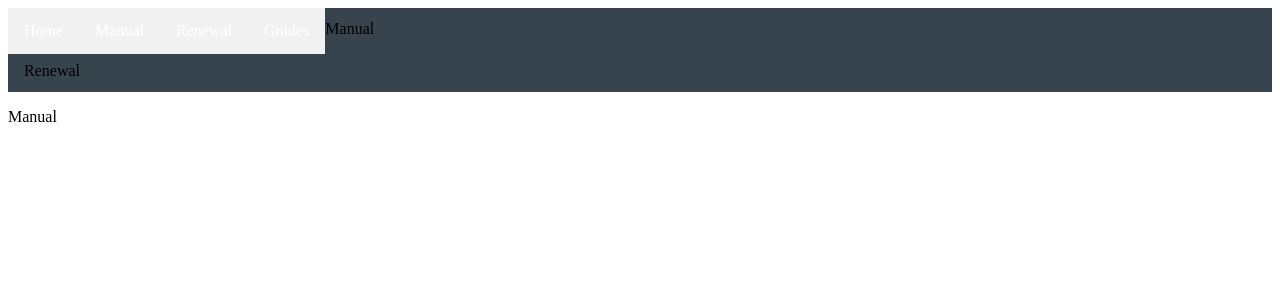
Repository: muesinga/ticketoffice-dot-info
Page: guides/manual.html
An editor plug-in stored every save of this project. The page is shown before and after a run of saves, followed by the edit.
The browser window is 1280 px wide. The pictures show the whole page.

Above is the page before, as saved 2022-06-07 14:32:37.
Console error: TypeError: Cannot read properties of null (reading 'getElementsByClassName')

### guides/manual.html
<!DOCTYPE html>
<html>
<head>
    <link rel="stylesheet" href="/style/style.css">
    <link rel="import" href="/components/nav.html">
    <script src="/src/nav.js" deferd></script>
    <script src="/src/index.js" defer></script>
</head>
<body>
    <script id="replace_with_navbar" src="index.js"></script>
<p>
    Manual
</p>

</body>
</html>

### style/style.css
  #navlink-container {
    list-style-type: none;
    margin: 0;
    padding: 0;
    overflow: hidden;
    background-color: #38444d;
  }
  .navlink {
    border: none;
    outline: none;
    padding: 14px 16px;
    background-color: #f1f1f1;
    cursor: pointer;
    text-decoration: none;
    display: block;
    color: white;
    float: left;
  }

  .active, .navlink:hover, .dropdown:hover {
    background-color: #666;
    color: white;
  }

  .dropbtn {
    display: inline-block;
    color: white;
    text-align: center;
    padding: 14px 16px;
    text-decoration: none;
  }
/*
  /* li.dropdown {
    display: inline-block;
  } */ */

  .dropdown-content {
    display: none;
    position: absolute;
    background-color: #f9f9f9;
    min-width: 160px;
    box-shadow: 0px 8px 16px 0px rgba(0,0,0,0.2);
    z-index: 1;
  }

  .dropdown-content a {
    color: black;
    padding: 12px 16px;
    text-decoration: none;
    display: block;
    text-align: left;
  }

  .dropdown-content a:hover {background-color: #f1f1f1;}

  .dropdown:hover .dropdown-content {
    display: block;
  }

### src/nav.js
fetch('/components/nav.html')
.then(res => res.text())
.then(text => {
    let oldelem = document.querySelector("script#replace_with_navbar");
    let newelem = document.createElement("div");
    newelem.innerHTML = text;
    oldelem.parentNode.replaceChild(newelem,oldelem);
})

### src/index.js
var navlinkContainer = document.getElementById("navlink-container")
var navlinks = navlinkContainer.getElementsByClassName("navlink")


for (var i = 0; i < navlinks.length; i++) {
    navlinks[i].addEventListener("click", function() {
        var current = document.getElementsByClassName("active");
        current[0].className = current[0].className,replace("active", "");
        this.className += "active";
    });
}

### components/nav.html
<nav>
    <ul id="navlink-container">
        <li><a class="navlink" href="../index.html">Home</a></li>
        <li><a class="navlink" href="../guides/manual.html">Manual</a></li>
        <li><a class="navlink" href="../guides/renewal.html">Renewal</a></li>
        <li class="dropdown">
        <a href="javascript:void(0)" class="navlink">Guides</a>
        <div class="dropdown-content">
            <a href="../guides/manual.html">Manual</a>
            <a href="../guides/renewal.html">Renewal</a>
        </div>
        </li>
    </ul>
</nav>

After the next 3 saves:
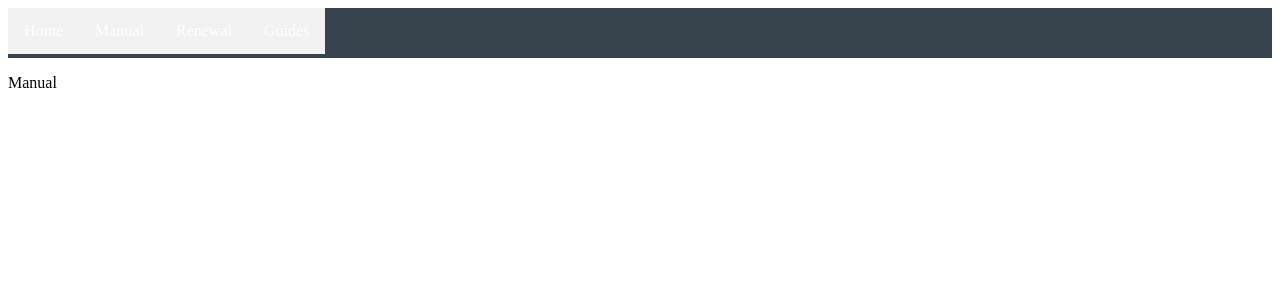
The 3 saves are shown as one change because they came seconds apart.
The last was saved 32 s later.
--- a/style/style.css
+++ b/style/style.css
@@ -29,10 +29,10 @@
     padding: 14px 16px;
     text-decoration: none;
   }
-/*
-  /* li.dropdown {
+
+  li.dropdown {
     display: inline-block;
-  } */ */
+  }
 
   .dropdown-content {
     display: none;
